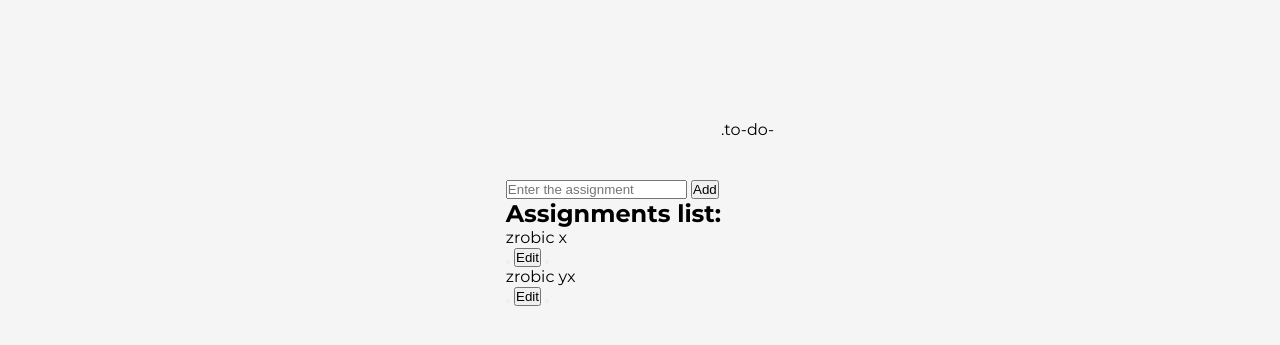
Repository: kimi1723/To-do-app
Page: index.html
These files come from the project's save history. The page is drawn as it stood at one moment and after the next save; the edit follows.
The browser window is 1280 px wide. The pictures show the whole page.
Some web libraries are served in a nearby version.

Above is the page before, as saved 2023-03-31 10:49:12.
Console error: TypeError: Cannot read properties of null (reading 'addEventListener')

### index.html
<!DOCTYPE html>
<html lang="pl">

<head>
    <meta charset="UTF-8">
    <meta name="viewport" content="width=device-width, initial-scale=1.0">
    <meta http-equiv="X-UA-Compatible" content="ie=edge">
    <title>To do app</title>
    <script src="https://kit.fontawesome.com/327a0d490c.js" crossorigin="anonymous"></script>
    <link href="https://fonts.googleapis.com/css?family=Montserrat:400,700&display=swap&subset=latin-ext"
        rel="stylesheet">
    <link rel="stylesheet" href="/dist/css/main.min.css">
</head>

<body>
    <main class="to-do">
        <div class="to-do-header">
            <h1 class="to-do-header__heading">To do app</h1>

            <input type="text" class="to-do-header__input" placeholder="Enter the assignment">
            <button class="to-do-header__add-button">Add</button>
        </div>

        <div class="to-do-assignments">
            <h2 class="to-do-assignments__heading">Assignments list:</h2>

            <div class="to-do-assignment">
                <p class="to-do-assignment__text">zrobic x</p>

                <div class="to-do-buttons">
                    <button class="to-do-buttons__button"></button>
                    <button class="to-do-buttons__button to-do-buttons__button--edit">Edit</button>
                    <button class="to-do-buttons__button"></button>
                </div>
            </div>

            <div class="to-do-assignment">
                <p class="to-do-assignment__text">zrobic yx</p>

                <div class="to-do-buttons">
                    <button class="to-do-buttons__button"></button>
                    <button class="to-do-buttons__button to-do-buttons__button--edit">Edit</button>
                    <button class="to-do-buttons__button"></button>
                </div>
            </div>


        </div>
    </main>

    .to-do-

    <script src="/dist/js/app.min.js"></script>
</body>

</html>

Loaded but not shown: dist/css/main.min.css (library); dist/js/app.min.js (library)

After the next save:
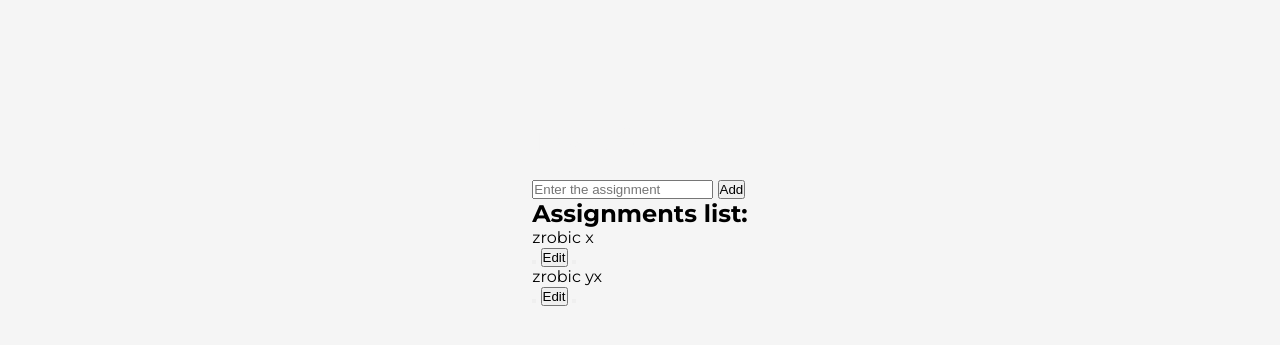
Saved 10 s later.
--- a/index.html
+++ b/index.html
@@ -48,7 +48,7 @@
         </div>
     </main>
 
-    .to-do-
+    <div class="to-do-edit-assignment"></div>
 
     <script src="/dist/js/app.min.js"></script>
 </body>
